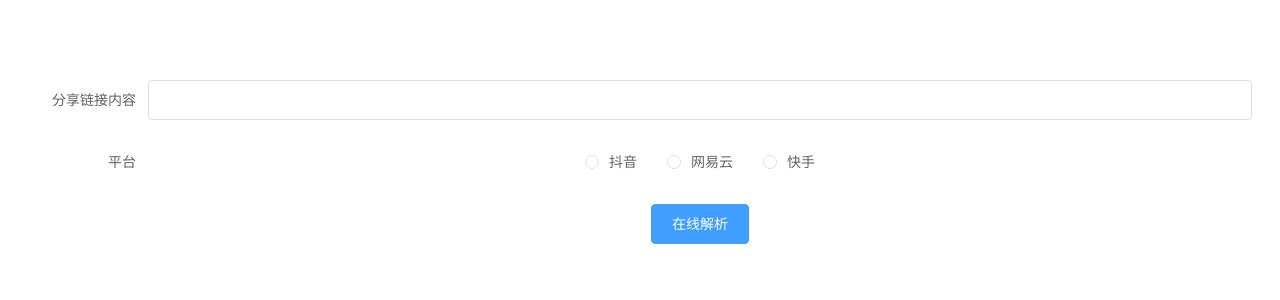
Repository: lyln/freepd
Page: / (app in frontend/freepd/)
An editor plug-in stored every save of this project. The page is shown before and after a run of saves, followed by the edit.
The browser window is 1280 px wide. The pictures show the whole page.
The project was rebuilt for these pictures with package versions that can differ from the ones it lists, and the page was loaded fresh each time.

Above is the page before, as saved 2022-05-22 17:37:55.

### frontend/freepd/index.html
<!DOCTYPE html>
<html>
  <head>
    <meta charset="utf-8">
    <meta name="viewport" content="width=device-width,initial-scale=1.0">
    <title>freepd</title>
  </head>
  <body>
    <div id="app"></div>
    <!-- built files will be auto injected -->
  </body>
</html>

### frontend/freepd/src/main.js
// The Vue build version to load with the `import` command
// (runtime-only or standalone) has been set in webpack.base.conf with an alias.
import Vue from 'vue'
import App from './App'
import router from './router'
import ElementUI from 'element-ui';
import 'element-ui/lib/theme-chalk/index.css';

Vue.config.productionTip = false
Vue.use(ElementUI)

/* eslint-disable no-new */
new Vue({
  el: '#app',
  router,
  components: { App },
  template: '<App/>'
})

### frontend/freepd/src/App.vue
<template>
	<div id="app">
		<router-view />
	</div>
</template>

<script>
export default {
	name: 'App',
}
</script>

<style>
#app {
	font-family: 'Avenir', Helvetica, Arial, sans-serif;
	-webkit-font-smoothing: antialiased;
	-moz-osx-font-smoothing: grayscale;
	text-align: center;
	color: #2c3e50;
	margin-top: 60px;
}
</style>

### frontend/freepd/src/components/HelloWorld.vue
<template>
	<el-container>
		<el-main style="wide: 80%">
			<el-row>
				<el-col :span="24">
					<div class="grid-content bg-purple-dark"></div>

					<el-form ref="form" :model="form" label-width="120px">
						<el-form-item label="分享链接内容">
							<el-input v-model="form.url"></el-input>
						</el-form-item>
						<el-form-item label="平台" label-width="120px">
							<el-radio-group v-model="form.type">
								<el-radio :label="douyin">抖音</el-radio>
								<el-radio :label="cloudmusic">网易云</el-radio>
								<el-radio :label="kuaishou">快手</el-radio>
							</el-radio-group>
						</el-form-item>
						<el-form-item>
							<el-button type="primary" @click="onSubmit">在线解析</el-button>
						</el-form-item>
					</el-form>

				</el-col>
			</el-row>
		</el-main>
	</el-container>

</template>
<script>
export default {
	name: 'HelloWorld',
	data() {
		return {
			msg: 'free parse download',
			form: {
				url: '',
				type: 'douyin',
			},
		}
	},
	methods: {
		onSubmit() {
			console.log('submit!')
		},
	},
}
</script>

<!-- Add "scoped" attribute to limit CSS to this component only -->
<style scoped>
h1,
h2 {
	font-weight: normal;
}
ul {
	list-style-type: none;
	padding: 0;
}
li {
	display: inline-block;
	margin: 0 10px;
}
a {
	color: #42b983;
}
</style>

Loaded but not shown: frontend/freepd/src/router/index.js (common file)

After the next 2 saves:
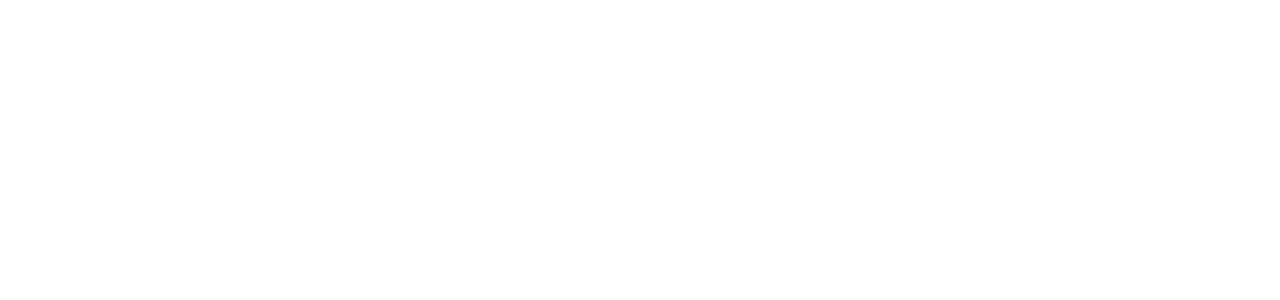
The 2 saves are shown as one change because they came seconds apart.
The last was saved 33 s later.
--- a/frontend/freepd/src/components/HelloWorld.vue
+++ b/frontend/freepd/src/components/HelloWorld.vue
@@ -35,7 +35,7 @@
 			msg: 'free parse download',
 			form: {
 				url: '',
-				type: 'douyin',
+				type: douyin,
 			},
 		}
 	},

After the save that followed:
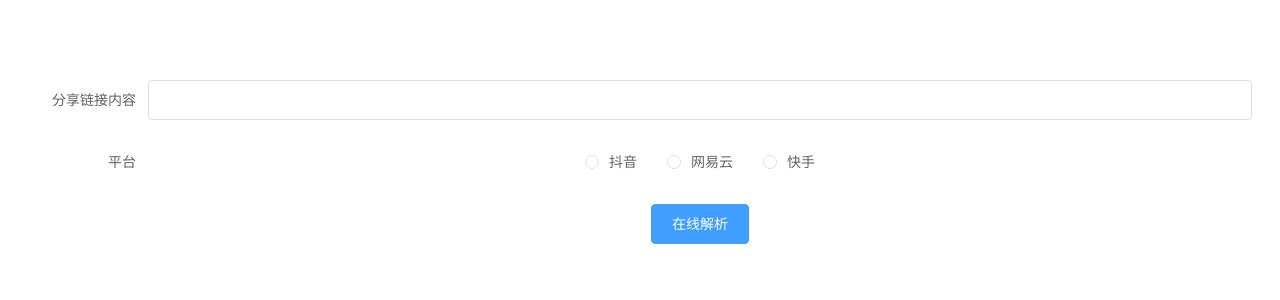
Saved 18 s later.
--- a/frontend/freepd/src/components/HelloWorld.vue
+++ b/frontend/freepd/src/components/HelloWorld.vue
@@ -35,7 +35,7 @@
 			msg: 'free parse download',
 			form: {
 				url: '',
-				type: douyin,
+				type: 'douyin',
 			},
 		}
 	},
